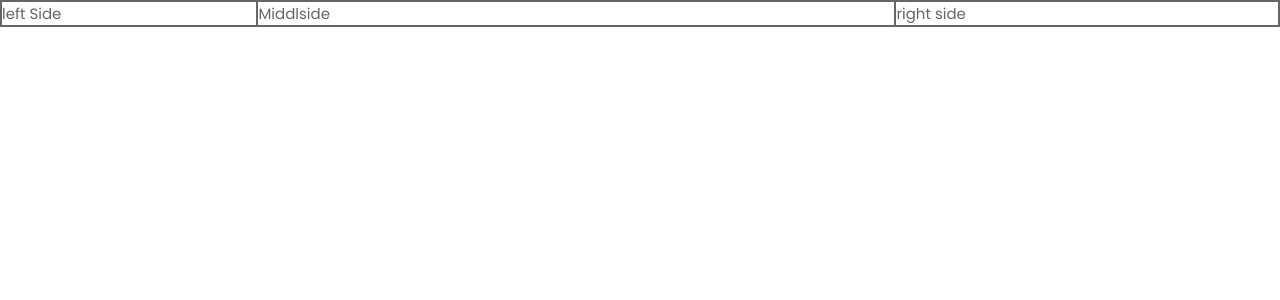
Repository: phantinhtam/IT_Moments
Page: / (app in client/)
These files come from the project's save history. The page is drawn as it stood at one moment and after a run of saves; the edit follows.
The browser window is 1280 px wide. The pictures show the whole page.
The project was rebuilt for these pictures with package versions that can differ from the ones it lists, and the page was loaded fresh each time. Also part of the build but not shown: client/src/slide.css, client/src/comporments/Header.jsx, client/src/comporments/Footer.jsx, client/src/comporments/Layout.jsx, client/src/pages/ErrorPage.jsx, client/src/comporments/PostAuthor.jsx, client/src/comporments/PostItem.jsx, client/src/data.js and 7 more.

Above is the page before, as saved 2024-08-24 10:40:49.

After the next 6 saves:
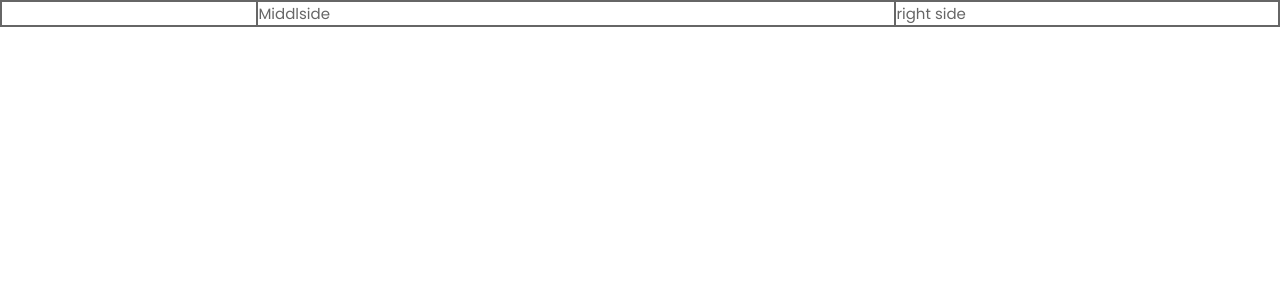
The 6 saves are shown as one change because 1 did not build or start and some came seconds apart.
The last was saved 39 s later.
--- a/client/src/IG/App.jsx
+++ b/client/src/IG/App.jsx
@@ -4,7 +4,7 @@
     return(
         <div className="App">
             <div className='leftSideHome'>
-             left Side
+             <leftSide/>
             </div>
             <div className='middlSide'>
               Middlside
